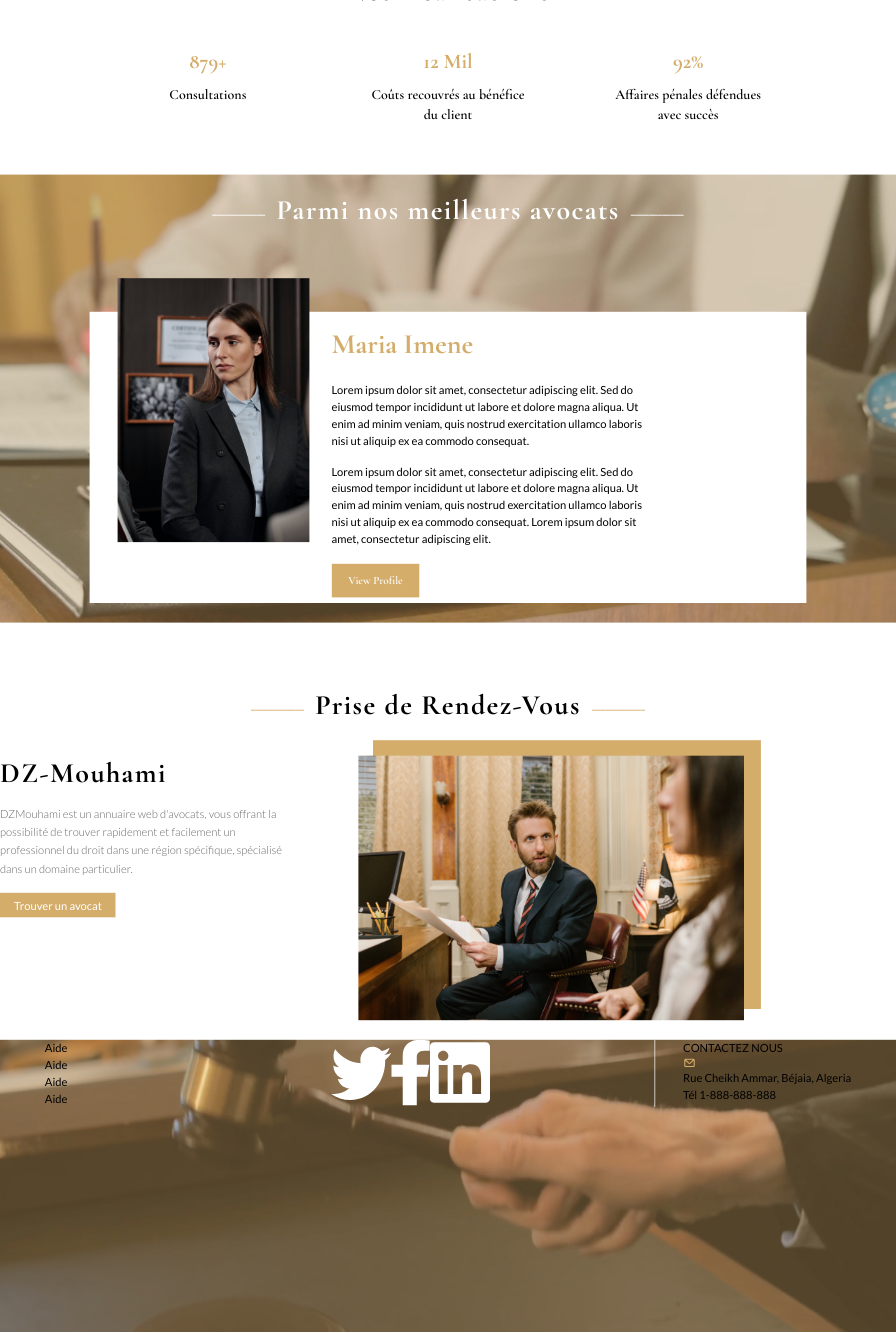
Repository: Chekrouba-Tinhinane/Mohami_dz
Page: / (app in client/)
The author's editor kept a copy of each file at every save. The page is drawn from the files as they stood at one save, then again after the next save.
The browser window is 1280 px wide. The pictures show the part of the page from y = 2218 to 4138 px (the page is 4122 px tall before and 4166 px after), at 70% of full size.
The project was rebuilt for these pictures with package versions that can differ from the ones it lists, and the page was loaded fresh each time. Also part of the build but not shown: client/vite.config.js, client/src/SignIn.jsx, client/src/components/Selector.jsx, client/src/components/SearchContainer.jsx, client/src/Search.jsx, client/src/components/super/HomeLayout.jsx, client/src/components/Profile.jsx.

Above is the page before, as saved 2024-01-25 12:23:01.

### client/index.html
<!doctype html>
<html lang="en">
  <head>
    <meta charset="UTF-8" />
    <link rel="icon" type="image/svg+xml" href="/vite.svg" />
    <meta name="viewport" content="width=device-width, initial-scale=1.0" />
    <title>Mouhami DZ</title>
  </head>
  <body>
    <div id="root"></div>
    <script type="module" src="/src/App.jsx"></script>
  </body>
</html>

### client/src/App.jsx
import React from "react";
import { createRoot } from "react-dom/client";
import { BrowserRouter, Routes, Route } from "react-router-dom";
import "./index.css";
import LandingPage from "./LandingPage";
import SignIn from "./SignIn";
import Search from "./Search";
import HomeLayout from "./components/super/HomeLayout";
import Profile from "./components/Profile";

const App = () => {
  return (
    <BrowserRouter>
      <Routes>
        <Route path={"/"} element={<LandingPage />} />

        <Route path={"/Signin"} element={<SignIn />} />
        <Route
          path={"/Search"}
          element={<HomeLayout pageComponent={<Search />} />}
        />
        {/* <Route path={"/Signin"} element={<SignIn />} />
        <Route
          path={"/Schedule"}
          element={<HomeLayout pageComponent={<Schedule />} />}
        />

        <Route
          path={"/Settings"}
          element={<HomeLayout pageComponent={<Staff />} />}
        />
        <Route
          path={"/profile/:id"}
          element={<HomeLayout pageComponent={<Profile />} />}
        /> */}
        <Route
          path={"/profile"}
          element={<HomeLayout pageComponent={<Profile />} />}
        />
      </Routes>
    </BrowserRouter>
  );
};

export default App;

const root = createRoot(document.getElementById("root"));
root.render(<App />);

### client/src/index.css
@import url("https://fonts.googleapis.com/css2?family=Cormorant+Garamond:wght@300;400;500;600;700&family=Lato:wght@100;300;400;700;900&display=swap");

@tailwind base;
@tailwind components;
@tailwind utilities;

@layer base {
  a {
    @apply cursor-pointer;
  }
  h1 {
    @apply text-[50px] font-bold;
  }
  h2 {
    @apply text-[2.5rem] font-bold;
  }
  p {
  }
  h3 {
  }
  h4 {
    @apply text-[1rem] font-semibold;
  }
  textarea {
  }
  input {
  }
  select {
  }
}

* {
  /*font-family: 'Cormorant Garamond', serif; */
  font-family: "Lato", sans-serif;
  box-sizing: border-box;
  padding: 0;
  margin: 0;
}

.recursive {
  font-family: "Cormorant Garamond", serif;
}

.nav-item::after {
  content: "";
  display: block;
  width: 0;
  height: 2px;
  margin-top: 5px;
  background-color: rgb(212, 173, 107);
  transition: width 0.4s;
}

.nav-item:hover::after {
  width: 100%;
}

### client/src/LandingPage.jsx
import React, { useEffect } from "react";

import header from "./assets/landing/header.jpg";
import hero from "./assets/landing/hero.png";
import section1 from "./assets/landing/section1.jpg";
import section2 from "./assets/landing/section2.jpg";
import footer from "./assets/landing/footer.jpg";
import maria from "./assets/landing/maria.jpg";
import scene from "./assets/landing/scene.png";

import msg from "./assets/icons/contact/msg.svg";

import twitter from "./assets/icons/footer/twitter.svg";
import fb from "./assets/icons/footer/fb.svg";
import linkedin from "./assets/icons/footer/linkedin.svg";

import NavBar from "./components/super/NavBar";

import AOS from "aos";
import "aos/dist/aos.css";

AOS.init();

const LandingPage = () => {
  useEffect(() => {
    AOS.refresh();
  }, []);

  return (
    <div className="overflow-hidden flex flex-col relative mx-auto items-center bg-white z-10">
      <header className=" p-3 recursive border-b border-b-primary w-[90%] text-center font-semibold text-xl">
        {" "}
        DZ Mouhami{" "}
      </header>
      <NavBar />
      <Header />
      <About />
      <Feedback />

      <Achievements />
      <Hero />
      <Appoint />
      <Footer />
    </div>
  );
};

export default LandingPage;

function Header() {
  return (
    <section
      id="header"
      className=" relative flex w-screen justify-center my-3"
    >
      <img src={header} className="w-full h-[600px] object-cover" alt="" />
      <h2 className=" recursive absolute bottom-[7%] left-[10%] text-white w-[60%]">
        "Legal Solutions, Trusted Advocacy: Your Path to Justice Begins with
        Us."
      </h2>
    </section>
  );
}

function About() {
  return (
    <section
      id="about"
      data-aos="fade-right"
      data-aos-duration="1000"
      className="mx-3 my-10 flex gap-[6rem] justify-center items-center"
    >
      {/* fifth section */}
      <div className=" flex flex-col w-[40%] ">
        <h2 className=" recursive w-[40%] place-self-end">
          A propos de DZ Mouhami
        </h2>
        <img src={hero} className="" alt="" />
      </div>

      <div className=" basis-[40%] mb-16 ">
        {" "}
        {/*  */}
        <h2 className=" recursive tracking-wider w-[50%] my-4">DZ-Mouhami</h2>
        <p className=" w-[80%] opacity-60 font-light leading-relaxed mb-7">
          DZMouhami est un annuaire web d'avocats, vous offrant la possibilité
          de trouver rapidement et facilement un professionnel du droit dans une
          région spécifique, spécialisé dans un domaine particulier.
        </p>
        <a
          href=""
          className=" py-2 px-5 text-white bg-primary hover:bg-opacity-65"
        >
          Trouver un avocat
        </a>
      </div>
    </section>
  );
}

function Feedback() {
  const userComments = [
    {
      username: "User123",
      comment:
        "Effortlessly found the right lawyer for my needs – the detailed profiles and client reviews streamlined the decision-making process.",
    },
    {
      username: "LegalEagle",
      comment:
        "Incredibly user-friendly directory; comprehensive lawyer profiles and responsive design made my search for legal representation hassle-free.",
    },
    {
      username: "LawSeeker",
      comment:
        "Highly impressed with the intuitive interface and wealth of information – this directory simplified the task of finding a skilled attorney.",
    },
  ];

  // You can now use the userComments array as needed in your code.

  return (
    <section
      id="feedback"
      className=" relative flex w-screen justify-center my-4"
    >
      <img
        src={section1}
        className="w-full h-[640px] bg-center object-cover"
        alt=""
      />
      <div className="absolute top-0 text-white">
        <div className=" flex flex-col items-center">
          <div className="flex items-center my-5 gap-4">
            <span className=" font-semibold select-none">____________</span>
            <h2 className=" recursive  tracking-wider ">
              Nos Témoignages
            </h2>{" "}
            <span className=" font-semibold select-none">____________</span>
          </div>

          <h2 className=" mt-16 mb-8 recursive w-[85%] text-center">
            CE QUE NOS CLIENTS PENSENT DE NOUS
          </h2>
          <div className=" flex gap-10 w-[75%] ">
            {userComments.map((el, i) => {
              return (
                <div className=" flex flex-col justify-between bg-white p-6 rounded-md text-black text-sm h-56 ">
                  {el.comment}
                  <div className=" flex gap-5 items-center">
                    {" "}
                    <div class="w-14 h-14 bg-gray-500 rounded-full"></div>
                    {el.username}
                  </div>
                </div>
              );
            })}
          </div>
        </div>
      </div>
    </section>
  );
}

function Achievements() {
  return (
    <div className=" flex flex-col w-[80%] items-center mx-auto my-10 gap-8 ">
      <div className="flex items-center my-5 gap-4">
        <span className=" font-semibold select-none text-primary">
          ____________
        </span>
        <h2 className=" recursive tracking-wider">Nos Réalisations</h2>{" "}
        <span className=" font-semibold select-none text-primary">
          ____________
        </span>
      </div>

      <div className="flex w-full justify-between  ">
        <div className="flex flex-col items-center basis-[33%] gap-4">
          {" "}
          <h4 className=" recursive text-primary text-3xl font-bold">879+</h4>{" "}
          <span className=" w-[70%] text-center recursive font-semibold text-xl">Consultations</span>
        </div>
        <div className="flex flex-col items-center basis-[33%] gap-4">
          {" "}
          <h4 className=" recursive text-primary text-3xl font-bold">12 Mil</h4>{" "}
          <span className=" w-[70%] text-center recursive font-semibold text-xl">
            Coûts recouvrés au bénéfice du client
          </span>
        </div>
        <div className="flex flex-col items-center basis-[33%] gap-4">
          {" "}
          <h4 className=" recursive text-primary text-3xl font-bold">92%</h4>{" "}
          <span className=" w-[70%] text-center recursive font-semibold text-xl">
            Affaires pénales défendues avec succès
          </span>
        </div>
      </div>
    </div>
  );
}

function Hero() {
  return (
    <section id="hero" className=" relative flex w-screen justify-center my-8 pb-5">
      <img
        src={section2}
        className="w-full h-[640px] bg-center object-cover"
        alt=""
      />
      <div className="absolute top-0 text-white">
        <div className=" flex flex-col items-center gap-[6rem]">
          <div className="flex items-center my-5 gap-4">
            <span className=" font-semibold select-none">____________</span>
            <h2 className=" recursive  tracking-wider ">
              Parmi nos meilleurs avocats
            </h2>{" "}
            <span className=" font-semibold select-none">____________</span>
          </div>

          <div className=" flex gap-8 w-[80%] bg-white text-black h-[26rem] px-10 ">
            <div className="relative basis-[30%]">
              {" "}
              <img
                src={maria}
                alt=""
                className=" absolute -top-12  object-contain"
              />
            </div>
            <div className=" flex flex-col basis-[70%] my-4 gap-6 ">
              {" "}
              <h2 className=" recursive text-primary">Maria Imene</h2>{" "}
              <p className=" w-[70%] flex flex-col gap-5 ">
                <span>
                  Lorem ipsum dolor sit amet, consectetur adipiscing elit. Sed
                  do eiusmod tempor incididunt ut labore et dolore magna aliqua.
                  Ut enim ad minim veniam, quis nostrud exercitation ullamco
                  laboris nisi ut aliquip ex ea commodo consequat.{" "}
                </span>

                <span>
                  Lorem ipsum dolor sit amet, consectetur adipiscing elit. Sed
                  do eiusmod tempor incididunt ut labore et dolore magna aliqua.
                  Ut enim ad minim veniam, quis nostrud exercitation ullamco
                  laboris nisi ut aliquip ex ea commodo consequat. Lorem ipsum
                  dolor sit amet, consectetur adipiscing elit.
                </span>
              </p>
              <a
                href=""
                className="flex w-max recursive text-white bg-primary px-6 py-3 font-semibold hover:bg-opacity-75"
              >
                View Profile
              </a>
            </div>
          </div>
        </div>
      </div>
    </section>
  );
}

function Footer() {
  return (
    <footer id="footer" className=" relative flex w-full justify-center mt-3 ">
      <img src={footer} alt="" className="w-full object-cover" />
      {/* sixth section */}
      <div className="absolute w-full ">
        <div className=" flex justify-between px-16 ">
          <div className=" flex flex-col">
            <p>Aide</p>
            <p>Aide</p>
            <p>Aide</p>
            <p>Aide</p>
          </div>

          <div className=" flex ">
            <img src={twitter} alt="" />
            <img src={fb} alt="" />
            <img src={linkedin} alt="" />
          </div>

          <div className=" border-l border-l-white pl-10 flex flex-col ">
            <p>
              CONTACTEZ NOUS{" "}
              <span>
                {" "}
                <img src={msg} alt="" />
              </span>{" "}
            </p>
            <p>Rue Cheikh Ammar, Béjaia, Algeria</p>
            <p>Tél 1-888-888-888</p>
          </div>
        </div>
      </div>
    </footer>
  );
}

function Appoint() {
  return (
    <section id="appoint" className=" flex flex-col w-screen justify-center my-4">
      <div className=" flex flex-col items-center">
        <div className="flex items-center my-5 gap-4">
          <span className=" font-semibold select-none text-primary">
            ____________
          </span>
          <h2 className=" recursive  tracking-wider ">Prise de Rendez-Vous</h2>{" "}
          <span className=" font-semibold select-none text-primary">
            ____________
          </span>
        </div>
      </div>

      <div className=" flex w-full ">
        <div className=" basis-[40%] mb-16 ">
          {" "}
          {/*  */}
          <h2 className=" recursive tracking-wider w-[50%] my-4">DZ-Mouhami</h2>
          <p className=" w-[80%] opacity-60 font-light leading-relaxed mb-7">
            DZMouhami est un annuaire web d'avocats, vous offrant la possibilité
            de trouver rapidement et facilement un professionnel du droit dans
            une région spécifique, spécialisé dans un domaine particulier.
          </p>
          <a
            href=""
            className=" py-2 px-5 text-white bg-primary hover:bg-opacity-65"
          >
            Trouver un avocat
          </a>
        </div>

        <img src={scene} className="" alt="" />
      </div>
    </section>
  );
}

### client/src/components/super/NavBar.jsx
import { motion } from "framer-motion";
import { Link } from "react-router-dom";
import { Link as ScrollLink } from "react-scroll";

const NavBar = () => {
  return (
    <div
      whileHover={{ scale: 1, originX: 0, color: "#D4AD6B" }}
      transition={{ type: "tween", duration: 0.2 }}
      className=" flex items-center px-20 pt-6 mb-3 w-full justify-between "
    >
      <motion.ul className="flex gap-[2rem] text-sm">
        <motion.li
          whileHover={{ scale: 1, originX: 0, color: "#D4AD6B" }}
          transition={{ type: "tween", duration: 0.2 }}
          className=" font-semibold opacity-80 tracking-wider cursor-pointer"
        >
          <ScrollLink
            to={"about"}
            spy={true}
            smooth={true}
            offset={-50}
            duration={500}
            className="nav-item"
          >
            Accueil
          </ScrollLink>
        </motion.li>
        <motion.li
          whileHover={{ scale: 1, originX: 0, color: "#D4AD6B" }}
          transition={{ type: "tween", duration: 0.2 }}
          className=" font-semibold opacity-80 tracking-wider cursor-pointer"
        >
          <ScrollLink
            to="hero"
            spy={true}
            smooth={true}
            offset={0}
            duration={500}
            className="nav-item"
          >
            Trouver un avocat
          </ScrollLink>
        </motion.li>
        <motion.li
          whileHover={{ scale: 1, originX: 0, color: "#D4AD6B" }}
          transition={{ type: "tween", duration: 0.2 }}
          className=" font-semibold opacity-80 tracking-wider cursor-pointer"
        >
          <ScrollLink
            to="appoint"
            spy={true}
            smooth={true}
            offset={50}
            duration={500}
            className="nav-item"
          >
            Prendre un rendez-vous
          </ScrollLink>
        </motion.li>
        <motion.li
          whileHover={{ scale: 1, originX: 0, color: "#D4AD6B" }}
          transition={{ type: "tween", duration: 0.2 }}
          className=" font-semibold opacity-80 tracking-wider cursor-pointer"
        >
          <ScrollLink
            to="footer"
            spy={true}
            smooth={true}
            offset={-100}
            duration={500}
            className="nav-item"
          >
            Contactez nous
          </ScrollLink>
        </motion.li>
      </motion.ul>
      <div className="flex gap-[1rem]">
        <Link
          to={"/SignIn"}
          href=""
          className=" recursive flex items-center font-semibold text-primary border border-primary bg-white text-center text-lg py-1.5 px-3.5 hover:bg-opacity-70 "
        >
          Se connecter
        </Link>
      </div>
    </div>
  );
};

export default NavBar;

### client/tailwind.config.js
/** @type {import('tailwindcss').Config} */
module.exports = {
  content: ["./src/**/*.{js,jsx,ts,tsx}"],
  theme: {
    extend: {
      colors: {
        lightBrown: "#FAF5EE",
        primary: "#D4AD6B"
      },
    },
  },
  plugins: [],
};

After the next save:
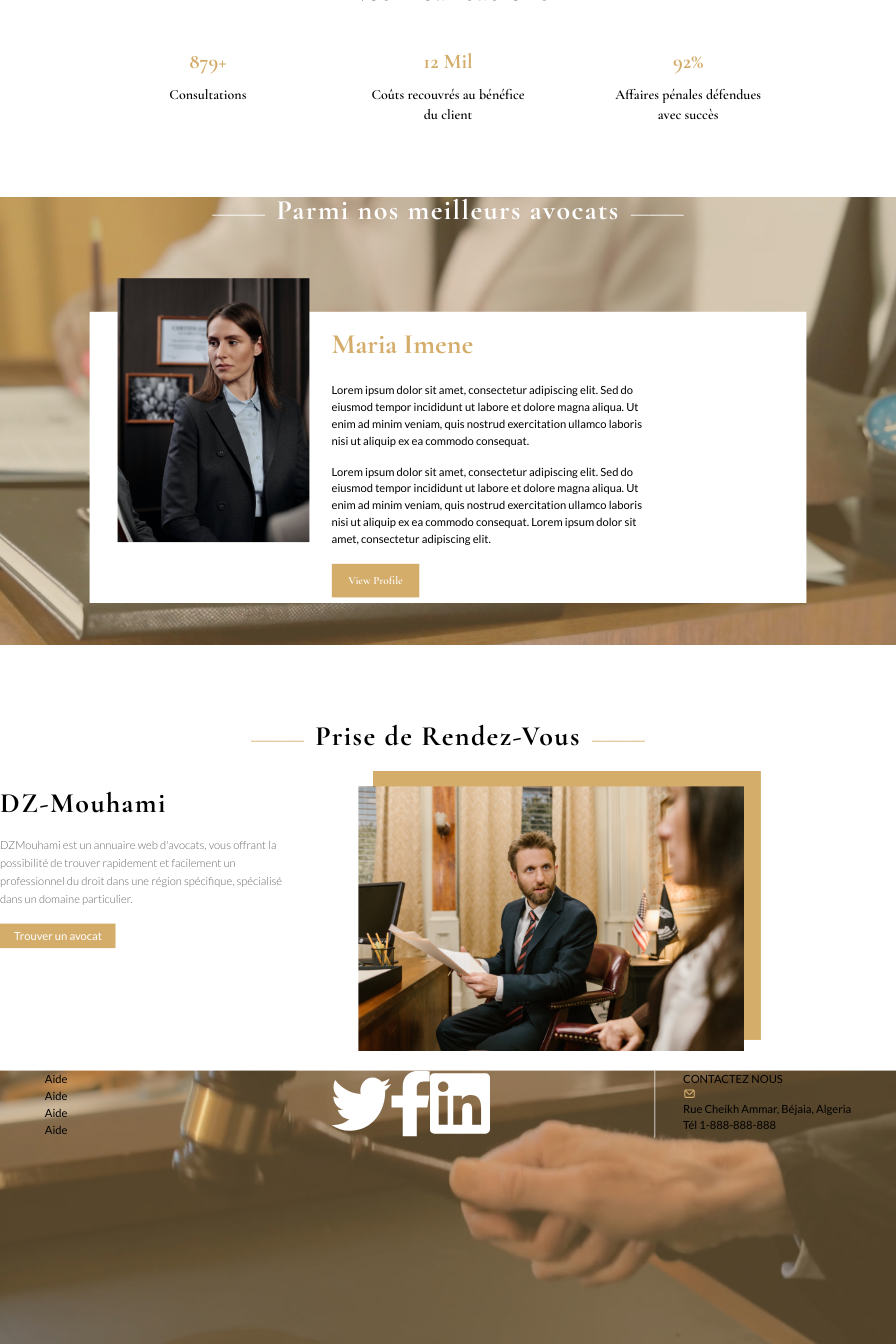
Saved 8 s later.
--- a/client/src/LandingPage.jsx
+++ b/client/src/LandingPage.jsx
@@ -202,7 +202,7 @@ function Achievements() {
 
 function Hero() {
   return (
-    <section id="hero" className=" relative flex w-screen justify-center my-8 pb-5">
+    <section id="hero" className=" relative flex w-screen justify-center my-8 py-8">
       <img
         src={section2}
         className="w-full h-[640px] bg-center object-cover"
